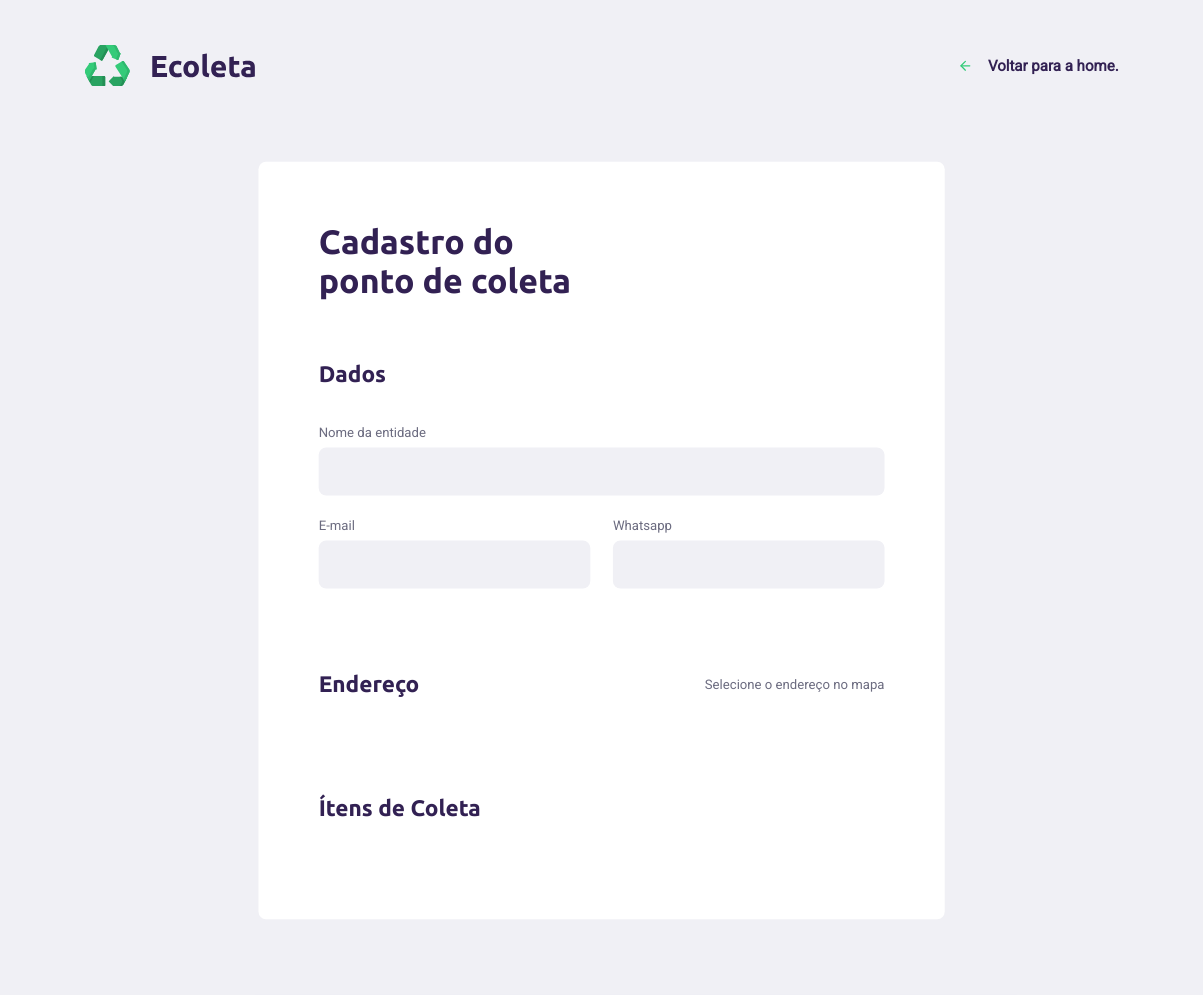
Repository: DavidSamerson/NLW_treinamento_2020
Page: /CreatePoint (app in webapp/)
An editor plug-in stored every save of this project. The page is shown before and after the next save, followed by the edit.
The browser window is 1280 px wide. The pictures show the whole page, at 94% of full size.
The project was rebuilt for these pictures with package versions that can differ from the ones it lists, and the page was loaded fresh each time. Also part of the build but not shown: webapp/src/pages/Home/styles.css, webapp/src/pages/Home/index.tsx.

Above is the page before, as saved 2020-06-16 15:24:10.

### webapp/public/index.html
<!DOCTYPE html>
<html lang="en">
  <head>
    <meta charset="utf-8" />
    <link rel="icon" href="%PUBLIC_URL%/favicon.ico" />
    <meta name="viewport" content="width=device-width, initial-scale=1" />
    <meta name="theme-color" content="#34CB79" />
    <link href="https://fonts.googleapis.com/css2?family=Roboto&family=Ubuntu:wght@700&display=swap" rel="stylesheet">
    <meta
      name="description"
      content="Web site created using create-react-app"
    />
    <link rel="apple-touch-icon" href="%PUBLIC_URL%/logo192.png" />
    <!--
      manifest.json provides metadata used when your web app is installed on a
      user's mobile device or desktop. See https://developers.google.com/web/fundamentals/web-app-manifest/
    -->
    <link rel="manifest" href="%PUBLIC_URL%/manifest.json" />
    <!--
      Notice the use of %PUBLIC_URL% in the tags above.
      It will be replaced with the URL of the `public` folder during the build.
      Only files inside the `public` folder can be referenced from the HTML.

      Unlike "/favicon.ico" or "favicon.ico", "%PUBLIC_URL%/favicon.ico" will
      work correctly both with client-side routing and a non-root public URL.
      Learn how to configure a non-root public URL by running `npm run build`.
    -->
    <title>React App</title>
  </head>
  <body>
    <noscript>You need to enable JavaScript to run this app.</noscript>
    <div id="root"></div>
    <!--
      This HTML file is a template.
      If you open it directly in the browser, you will see an empty page.

      You can add webfonts, meta tags, or analytics to this file.
      The build step will place the bundled scripts into the <body> tag.

      To begin the development, run `npm start` or `yarn start`.
      To create a production bundle, use `npm run build` or `yarn build`.
    -->
  </body>
</html>

### webapp/src/App.tsx
import React from 'react';
import './App.css';

import Home from './pages/Home';
import CreatePoint from './pages/CreatePoint';

import Routes from './routes';

//JSX -> sintaxe de xml dentro do javascript


function App() {

  return (
    <div>
        <Routes />
    </div>
  );
}

export default App;

//import React, {useState} from 'react';
//import Header from './header';


/*const [counter, setCounter] = useState(0); //[valor do estado / função para atualizar o valor do estado]
//Estado e Imutabilidade

function handleButton(){
    setCounter(counter + 1);
} */

// <Header title={`ECOLETA ${counter}`}/> -----> Passando variaveis via HTML

/*<Header title="ECOLETA 1"/>
        <Header title="ECOLETA 2"/>
        <Header title="ECOLETA 3"/>
        <Header title={`ECOLETA ${counter}`}/>

        <h1>{counter}</h1>
        <button type="button" onClick={handleButton}>Aumentar</button> */

### webapp/src/routes.tsx
import React from 'react';
import { Route, BrowserRouter } from 'react-router-dom';

import Home from './pages/Home';
import CreatePoint from './pages/CreatePoint';

const Routes = () => {
    return (
        <BrowserRouter>
            <Route component={Home} path="/" exact />
            <Route component={CreatePoint} path="/CreatePoint"/>
        </BrowserRouter>
    );
}
export default Routes;

### webapp/src/pages/CreatePoint/index.tsx
import React from 'react';
import './styles.css';
import logo from '../../assets/logo.svg';
import { Link } from 'react-router-dom';
import {FiArrowLeft} from 'react-icons/fi';

const CreatePoint = () => {
    return (
        <div id="page-create-point">
            <header>
                <img src={logo} alt="Ecoleta" />
                <Link to="/">
                    <FiArrowLeft />
                    Voltar para a home.
                </Link>
            </header>

            <form action="">
                <h1>Cadastro do <br /> ponto de coleta</h1>
                <fieldset>
                    <legend>
                        <h2>Dados</h2>
                    </legend>
                    <div className="field">
                        <label htmlFor="name">
                            Nome da entidade
                        </label>
                        <input
                            id="name"
                            name="name"
                            type="text"
                        />
                    </div>

                    <div className="field-group">

                        <div className="field">
                        <label htmlFor="email">
                            E-mail
                        </label>
                        <input
                            id="email"
                            name="email"
                            type="email"
                        />
                    </div>
                    <div className="field">
                        <label htmlFor="Whatsapp">
                            Whatsapp
                        </label>
                        <input
                            id="Whatsapp"
                            name="Whatsapp"
                            type="text"
                        />
                    </div>

                    </div>
                </fieldset>

                <fieldset>
                    <legend>
                        <h2>Endereço</h2>
                        <span>Selecione o endereço no mapa</span>
                    </legend>
                </fieldset>

                <fieldset>
                    <legend>
                        <h2>Ítens de Coleta</h2>
                    </legend>
                </fieldset>
            </form>
        </div>
    )
};

export default CreatePoint;

### webapp/src/pages/CreatePoint/styles.css
#page-create-point {
  width: 100%;
  max-width: 1100px;

  margin: 0 auto;
}

#page-create-point header {
  margin-top: 48px;

  display: flex;
  justify-content: space-between;
  align-items: center;
}

#page-create-point header a {
  color: var(--title-color);
  font-weight: bold;
  text-decoration: none;

  display: flex;
  align-items: center;
}

#page-create-point header a svg {
  margin-right: 16px;
  color: var(--primary-color);
}

#page-create-point form {
  margin: 80px auto;
  padding: 64px;
  max-width: 730px;
  background: #FFF;
  border-radius: 8px;

  display: flex;
  flex-direction: column;
}

#page-create-point form h1 {
  font-size: 36px;
}

#page-create-point form fieldset {
  margin-top: 64px;
  min-inline-size: auto;
  border: 0;
}

#page-create-point form legend {
  width: 100%;
  display: flex;
  justify-content: space-between;
  align-items: center;
  margin-bottom: 40px;
}

#page-create-point form legend h2 {
  font-size: 24px;
}

#page-create-point form legend span {
  font-size: 14px;
  font-weight: normal;
  color: var(--text-color);
}

#page-create-point form .field-group {
  flex: 1;
  display: flex;
}

#page-create-point form .field {
  flex: 1;

  display: flex;
  flex-direction: column;
  margin-bottom: 24px;
}

#page-create-point form .field input[type=text],
#page-create-point form .field input[type=email],
#page-create-point form .field input[type=number] {
  flex: 1;
  background: #F0F0F5;
  border-radius: 8px;
  border: 0;
  padding: 16px 24px;
  font-size: 16px;
  color: #6C6C80;
}

#page-create-point form .field select {
  -webkit-appearance: none;
  -moz-appearance: none;
  appearance: none;
  flex: 1;
  background: #F0F0F5;
  border-radius: 8px;
  border: 0;
  padding: 16px 24px;
  font-size: 16px;
  color: #6C6C80;
}

#page-create-point form .field input::placeholder {
  color: #A0A0B2;
}

#page-create-point form .field label {
  font-size: 14px;
  margin-bottom: 8px;
}

#page-create-point form .field :disabled {
  cursor: not-allowed;
}

#page-create-point form .field-group .field + .field {
  margin-left: 24px;
}

#page-create-point form .field-group input + input {
  margin-left: 24px;
}

#page-create-point form .field-check {
  flex-direction: row;
  align-items: center;
}

#page-create-point form .field-check input[type=checkbox] {
  background: #F0F0F5;
}

#page-create-point form .field-check label {
  margin: 0 0 0 8px;
}

#page-create-point form .leaflet-container {
  width: 100%;
  height: 350px;
  border-radius: 8px;
  margin-bottom: 24px;
}

#page-create-point form button {
  width: 260px;
  height: 56px;
  background: var(--primary-color);
  border-radius: 8px;
  color: #FFF;
  font-weight: bold;
  font-size: 16px;
  border: 0;
  align-self: flex-end;
  margin-top: 40px;
  transition: background-color 0.2s;
  cursor: pointer;
}

#page-create-point form button:hover {
  background: #2FB86E;
}

.items-grid {
  display: grid;
  grid-template-columns: repeat(3, 1fr);
  gap: 16px;
  list-style: none;
}

.items-grid li {
  background: #f5f5f5;
  border: 2px solid #f5f5f5;
  height: 180px;
  border-radius: 8px;
  padding: 32px 24px 16px;

  display: flex;
  flex-direction: column;
  justify-content: space-between;
  align-items: center;

  text-align: center;

  cursor: pointer;
}

.items-grid li span {
  flex: 1;
  margin-top: 12px;

  display: flex;
  align-items: center;
  color: var(--title-color)
}

.items-grid li.selected {
  background: #E1FAEC;
  border: 2px solid #34CB79;
}

Loaded but not shown: webapp/src/index.tsx (common file); webapp/src/App.css (common file)

After the next save:
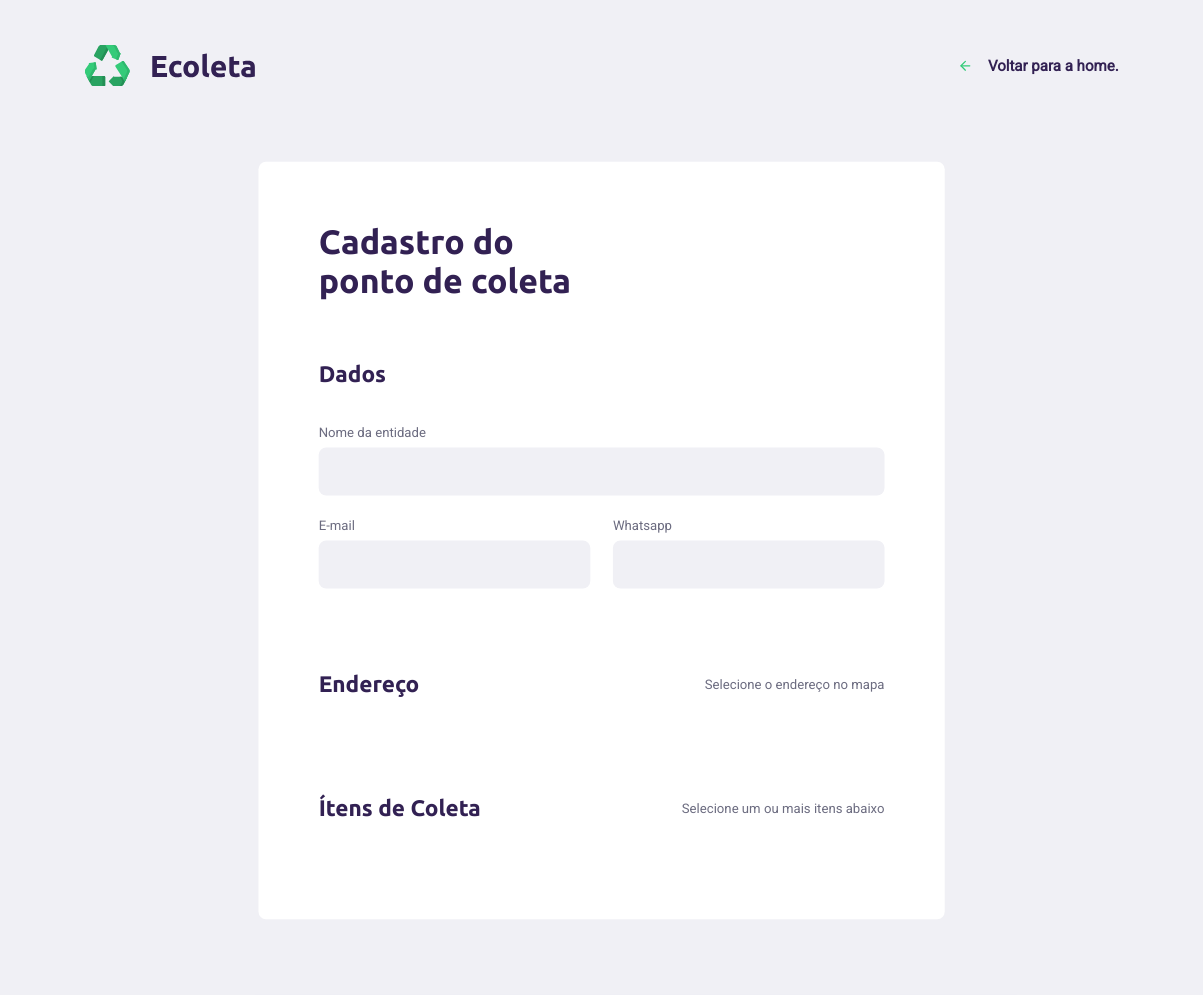
Saved 24 s later.
--- a/webapp/src/pages/CreatePoint/index.tsx
+++ b/webapp/src/pages/CreatePoint/index.tsx
@@ -68,6 +68,7 @@ const CreatePoint = () => {
                 <fieldset>
                     <legend>
                         <h2>Ítens de Coleta</h2>
+                        <span>Selecione um ou mais itens abaixo</span>
                     </legend>
                 </fieldset>
             </form>
